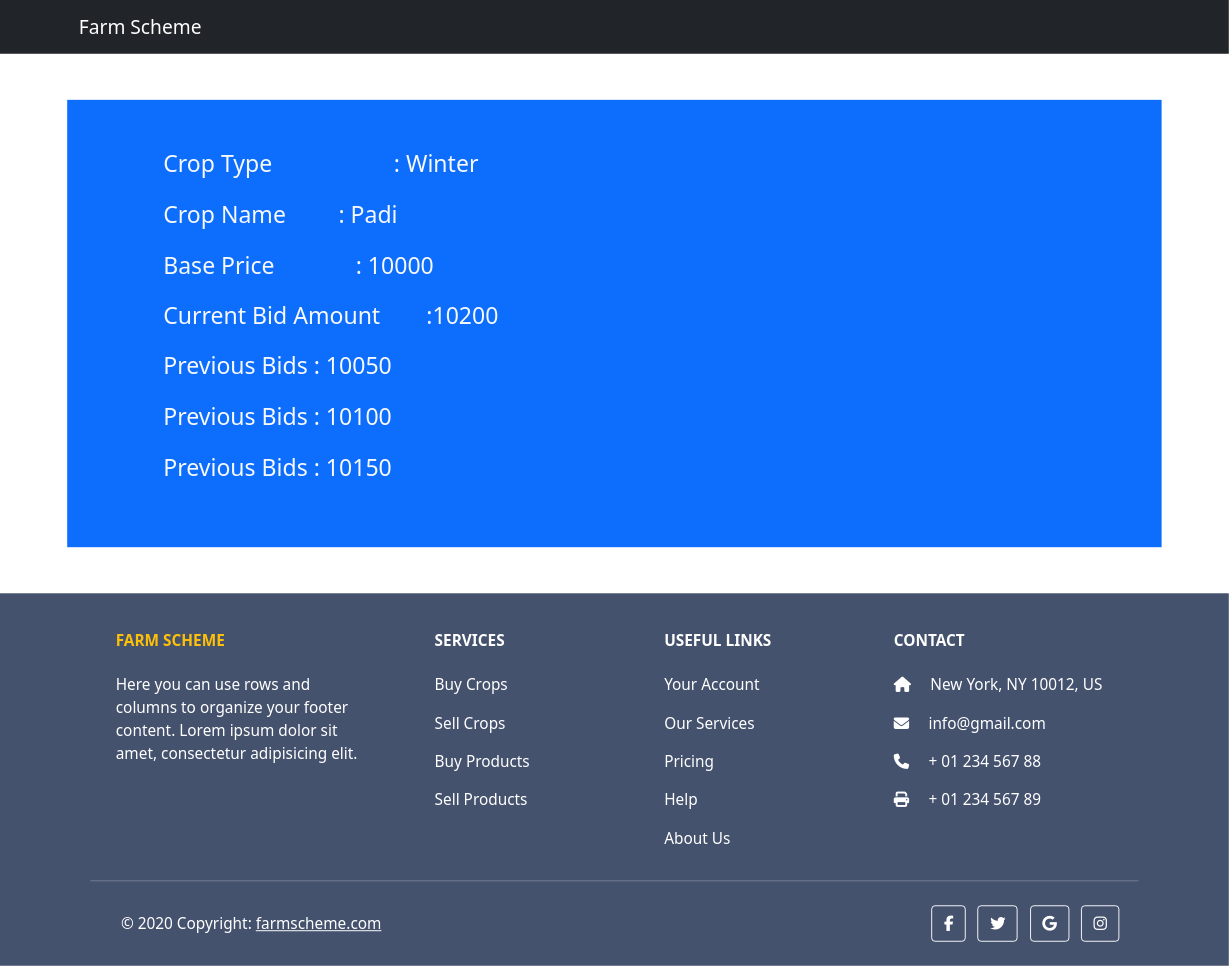
Repository: lavakumar17/Farmscheme
Page: http://localhost/demo/farmer/market_place.jsp
These files come from the project's save history. The page is drawn as it stood at one moment and after the next save; the edit follows.
The browser window is 1280 px wide. The pictures show the whole page, at 96% of full size.
Some web libraries are served in a nearby version. The page is served by Tomcat 9. Other server files are loaded and not shown.

Above is the page before, as saved 2022-06-23 02:54:05.

### MainProject/demo/src/main/webapp/farmer/market_place.jsp
<%@ page language="java" contentType="text/html; charset=ISO-8859-1"
    pageEncoding="ISO-8859-1" isELIgnored="false"%>
<!DOCTYPE html>
<html>
<head>
<meta charset="ISO-8859-1">
 <!-- Font awesome -->
    <%@include file="fontawesome.jsp" %>
 <!-- BootStrap css and JavaScript links -->
    <%@include file="bootstrap_links.jsp" %>
<title>Insert title here</title>
<style>
h4
{
text-indent: 1em;
}
.tab1 {
            tab-size: 2;
        }
</style>
</head>
<body>
<!-- navbar -->

<nav class="navbar navbar-expand-lg navbar-dark bg-dark">
      <div class="container-fluid container">
        <a class="navbar-brand" href="#">Farm Scheme</a>
        <button
          class="navbar-toggler"
          type="button"
          data-bs-toggle="collapse"
          data-bs-target="#navbarNavDropdown"
          aria-controls="navbarNavDropdown"
          aria-expanded="false"
          aria-label="Toggle navigation"
        >
          <span class="navbar-toggler-icon"></span>
        </button>
        <div class="collapse navbar-collapse" id="navbarNavDropdown">
          <ul class="navbar-nav ms-auto">
            <!-- <li class="nav-item">
              <a class="nav-link active" aria-current="page" href="/">Home</a>
            </li> -->
          </ul>
        </div>
      </div>
    </nav>
<br><br>
<div class="container bg-primary p-5 text-light">
<form action="/customer/updateCustomerProfile" method="post">
<div class="p-1">
<h4><span><label>Crop Type&emsp;&emsp;&emsp;&ensp;&nbsp;&ensp;&nbsp;&ensp;&nbsp;:</label> Winter
</span></h4>
</div>
<div class="p-1">
<h4><span><label>Crop Name&ensp;&nbsp;&ensp;&nbsp;&ensp;&nbsp;:</label> Padi
</span></h4>
</div>
<div class="p-1">
<h4><span><label>Base Price&emsp;&emsp;&ensp;&nbsp;&ensp;&nbsp;:</label> 10000
</span></h4>
</div>
<div class="p-1">
<h4><label>Current Bid Amount&emsp;&emsp;:</label>10200</h4>
</div>
<div class="p-1">
<h4><label>Previous Bids&nbsp;:</label> 10050</h4>
</div>
<div class="p-1">
<h4><label>Previous Bids&nbsp;:</label> 10100</h4>
</div>
<div class="p-1">
<h4><label>Previous Bids&nbsp;:</label> 10150</h4>
</div>
</form>
</div>
<br><br>
<%@include file="footer.jsp" %>
<script>
if ( window.history.replaceState ) {
  window.history.replaceState( null, null, "/customer/user-dashboard.jsp" );
}
</script>
</body>
</html>

### MainProject/demo/src/main/webapp/farmer/fontawesome.jsp
<%@ page language="java" contentType="text/html; charset=ISO-8859-1"
    pageEncoding="ISO-8859-1"%>
    <!-- Font awesome -->
<script src="https://kit.fontawesome.com/29ed69fada.js" crossorigin="anonymous"></script>

### MainProject/demo/src/main/webapp/farmer/bootstrap_links.jsp
<!-- CSS only -->
<link rel="stylesheet" href="https://cdn.jsdelivr.net/npm/bootstrap@4.4.1/dist/css/bootstrap.min.css">
<link href="https://cdn.jsdelivr.net/npm/bootstrap@5.1.3/dist/css/bootstrap.min.css" rel="stylesheet"/>

<!-- JavScript Bundle with Popper -->
<script src="https://code.jquery.com/jquery-3.4.1.slim.min.js"></script>
<script src="https://cdn.jsdelivr.net/npm/popper.js@1.16.0/dist/umd/popper.min.js" ></script>
<script src="https://cdn.jsdelivr.net/npm/bootstrap@4.4.1/dist/js/bootstrap.min.js" ></script>
<script src="https://cdn.jsdelivr.net/npm/bootstrap@5.1.3/dist/js/bootstrap.bundle.min.js"></script>

### MainProject/demo/src/main/webapp/farmer/footer.jsp
<!-- Footer -->
  <footer
          class="text-center text-lg-start text-white"
          style="background-color: #45526e"
          id="footer"
          >
    <!-- Grid container -->
    <div class="container p-4 pb-0">
      <!-- Section: Links -->
      <section class="">
        <!--Grid row-->
        <div class="row">
          <!-- Grid column -->
          <div class="col-md-3 col-lg-3 col-xl-3 mx-auto mt-3">
            <h6 class="text-uppercase mb-4 font-weight-bold">
              <span class="text-warning">FARM SCHEME</span>
            </h6>
            <p>
              Here you can use rows and columns to organize your footer
              content. Lorem ipsum dolor sit amet, consectetur adipisicing
              elit.
            </p>
          </div>
          <!-- Grid column -->

          <hr class="w-100 clearfix d-md-none" />

          <!-- Grid column -->
          <div class="col-md-2 col-lg-2 col-xl-2 mx-auto mt-3">
            <h6 class="text-uppercase mb-4 font-weight-bold">SERVICES</h6>
            <p>
              <a class="text-white">Buy Crops</a>
            </p>
            <p>
              <a class="text-white">Sell Crops</a>
            </p>
            <p>
              <a class="text-white">Buy Products</a>
            </p>
            <p>
              <a class="text-white">Sell Products</a>
            </p>
          </div>
          <!-- Grid column -->

          <hr class="w-100 clearfix d-md-none" />

          <!-- Grid column -->
          <div class="col-md-3 col-lg-2 col-xl-2 mx-auto mt-3">
            <h6 class="text-uppercase mb-4 font-weight-bold">
              Useful links
            </h6>
            <p>
              <a class="text-white">Your Account</a>
            </p>
            <p>
              <a class="text-white">Our Services</a>
            </p>
            <p>
              <a class="text-white">Pricing</a>
            </p>
            <!-- <p>
              <a class="text-white">Become an Affiliate</a>
            </p> -->
            <p>
              <a class="text-white">Help</a>
            </p>
            <p>
              <a class="text-white">About Us</a>
            </p>
          </div>

          <!-- Grid column -->
          <hr class="w-100 clearfix d-md-none" />

          <!-- Grid column -->
          <div class="col-md-4 col-lg-3 col-xl-3 ms-auto mt-3">
            <h6 class="text-uppercase mb-4 font-weight-bold">Contact</h6>
            <p><i class="fas fa-home mr-3"></i> New York, NY 10012, US</p>
            <p><i class="fas fa-envelope mr-3"></i> info@gmail.com</p>
            <p><i class="fas fa-phone mr-3"></i> + 01 234 567 88</p>
            <p><i class="fas fa-print mr-3"></i> + 01 234 567 89</p>
          </div>
          <!-- Grid column -->
        </div>
        <!--Grid row-->
      </section>
      <!-- Section: Links -->

      <hr class="my-3">

      <!-- Section: Copyright -->
      <section class="p-3 pt-0">
        <div class="row d-flex align-items-center">
          <!-- Grid column -->
          <div class="col-md-7 col-lg-8 text-center text-md-start">
            <!-- Copyright -->
            <div class="p-3">
              © 2020 Copyright:
              <a class="text-white" href="https://mdbootstrap.com/"
                 >farmscheme.com</a
                >
            </div>
            <!-- Copyright -->
          </div>
          <!-- Grid column -->

          <!-- Grid column -->
          <div class="col-md-5 col-lg-4 ml-lg-0 text-center text-md-end">
            <!-- Facebook -->
            <a
               class="btn btn-outline-light btn-floating m-1"
               class="text-white"
               role="button"
               ><i class="fab fa-facebook-f"></i
              ></a>

            <!-- Twitter -->
            <a
               class="btn btn-outline-light btn-floating m-1"
               class="text-white"
               role="button"
               ><i class="fab fa-twitter"></i
              ></a>

            <!-- Google -->
            <a
               class="btn btn-outline-light btn-floating m-1"
               class="text-white"
               role="button"
               ><i class="fab fa-google"></i
              ></a>

            <!-- Instagram -->
            <a
               class="btn btn-outline-light btn-floating m-1"
               class="text-white"
               role="button"
               ><i class="fab fa-instagram"></i
              ></a>
          </div>
          <!-- Grid column -->
        </div>
      </section>
      <!-- Section: Copyright -->
    </div>
    <!-- Grid container -->
  </footer>
  <!-- Footer -->

After the next save:
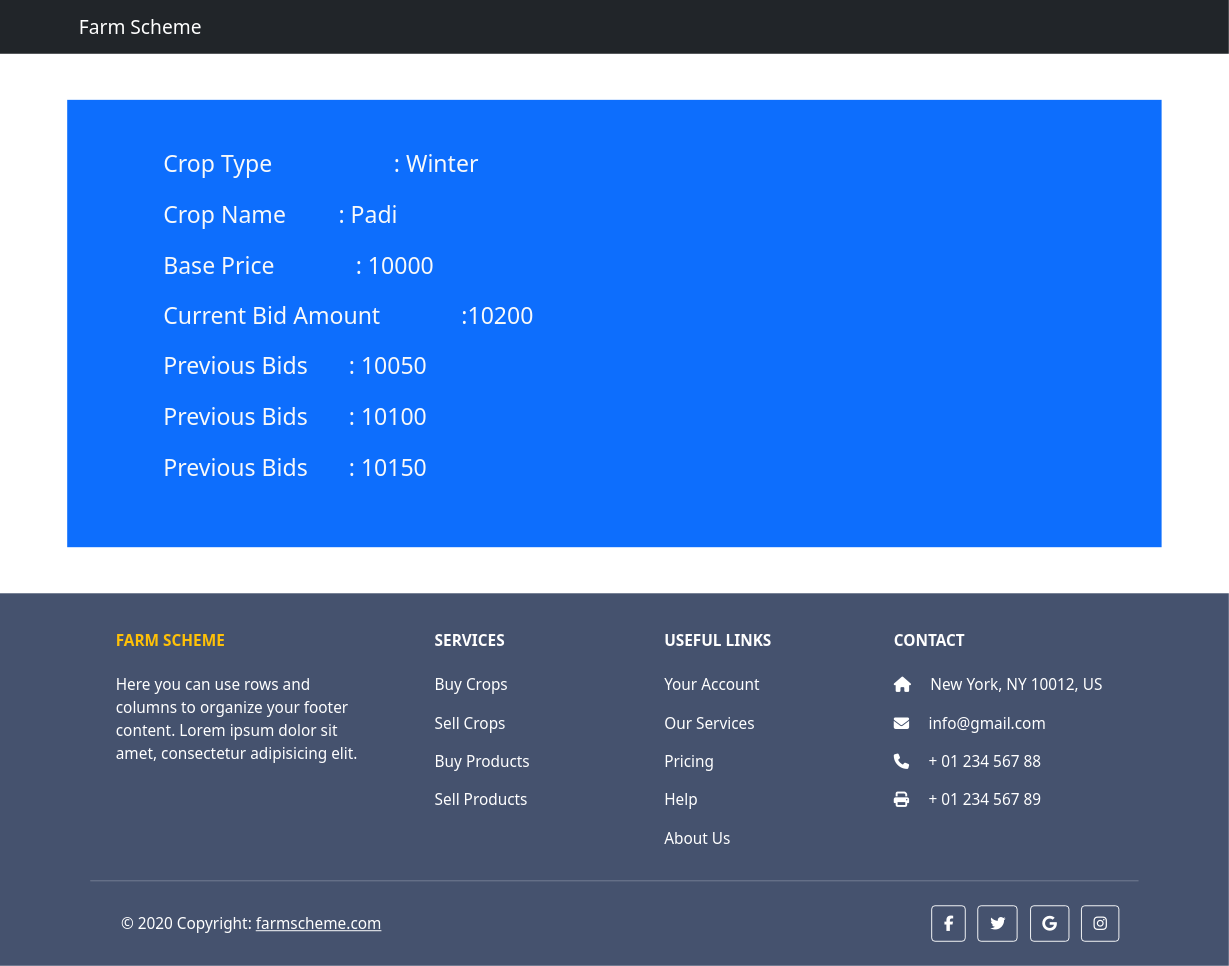
Saved 24 s later.
--- a/MainProject/demo/src/main/webapp/farmer/market_place.jsp
+++ b/MainProject/demo/src/main/webapp/farmer/market_place.jsp
@@ -61,16 +61,16 @@ text-indent: 1em;
 </span></h4>
 </div>
 <div class="p-1">
-<h4><label>Current Bid Amount&emsp;&emsp;:</label>10200</h4>
+<h4><label>Current Bid Amount&emsp;&emsp;&ensp;&nbsp;&ensp;&nbsp;:</label>10200</h4>
 </div>
 <div class="p-1">
-<h4><label>Previous Bids&nbsp;:</label> 10050</h4>
+<h4><label>Previous Bids&nbsp;&ensp;&nbsp;&ensp;&nbsp;:</label> 10050</h4>
 </div>
 <div class="p-1">
-<h4><label>Previous Bids&nbsp;:</label> 10100</h4>
+<h4><label>Previous Bids&nbsp;&ensp;&nbsp;&ensp;&nbsp;:</label> 10100</h4>
 </div>
 <div class="p-1">
-<h4><label>Previous Bids&nbsp;:</label> 10150</h4>
+<h4><label>Previous Bids&nbsp;&ensp;&nbsp;&ensp;&nbsp;:</label> 10150</h4>
 </div>
 </form>
 </div>
